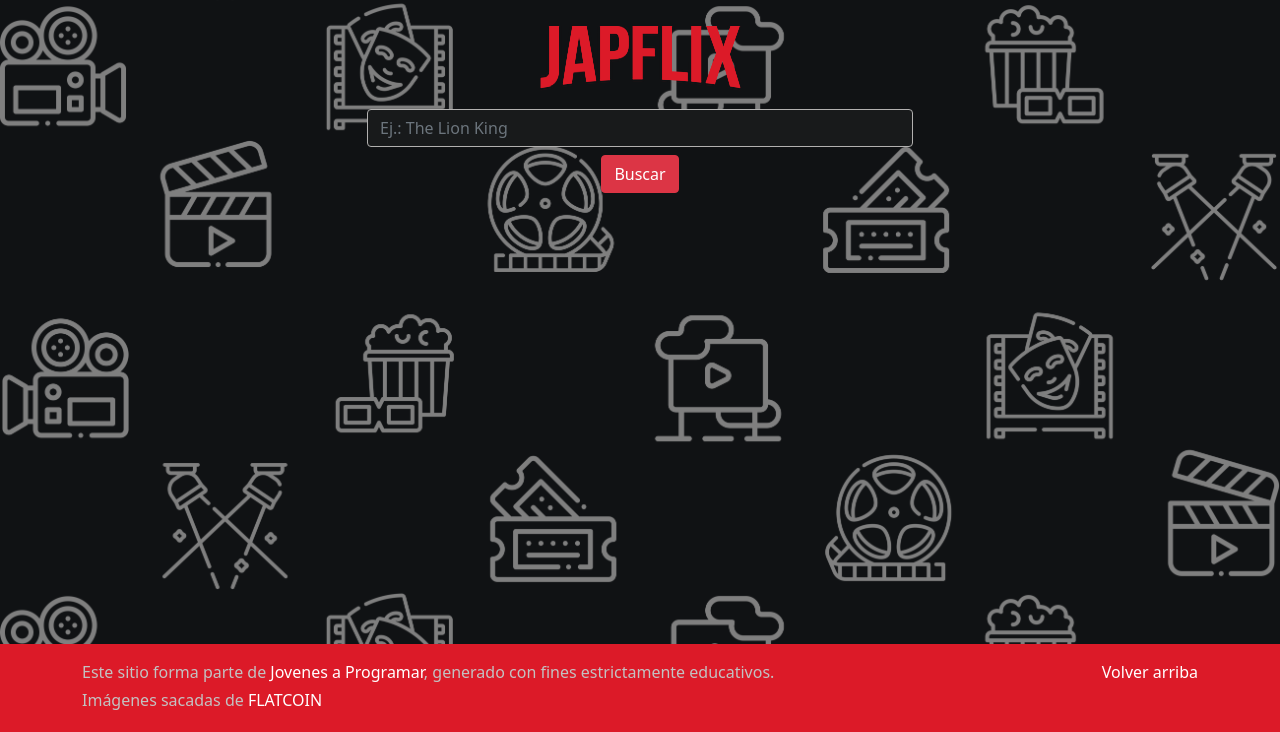
Repository: romancegirl/japflix
Page: index.html
The author's editor kept a copy of each file at every save. The page is drawn from the files as they stood at one save, then again after the next save.
The browser window is 1280 px wide. The pictures show the whole page.
The page's requests for data from a server got no answer.

Above is the page before, as saved 2024-11-18 19:07:37.

### index.html
<!doctype html>
<html lang="es">

<head>
  <meta charset="utf-8">
  <meta name="viewport" content="width=device-width, initial-scale=1">
  <title>Japflix</title>

  <link href="css/bootstrap.min.css" rel="stylesheet">
  <link rel="stylesheet" href="https://cdnjs.cloudflare.com/ajax/libs/font-awesome/4.7.0/css/font-awesome.min.css">
  <link rel="stylesheet" href="css/style.css">

</head>

<body class="bg-dark d-flex flex-column min-vh-100">

  <main class="flex-grow-1">
    <div class="text-center container">
      <div class="row py-lg-3">
        <div class="col-lg-6 col-md-8 mx-auto">
          <h1 class="fw-light"><img src="img/japflix.png" alt="japflix"></h1>
          <input type="search" class="form-control" name="buscar" id="inputBuscar" placeholder="Ej.: The Lion King">
          <button class="btn btn-danger m-2" id="btnBuscar">Buscar</button>
        </div>
      </div>
    </div>
    <div class="album">
      <ul class="list-group container" id="lista">
      </ul>
    </div>
  </main>

  <footer class="text-muted py-3">
    <div class="container">
      <p class="float-end mb-1">
        <a href="#">Volver arriba</a>
      </p>
      <p class="mb-1">Este sitio forma parte de <a href="https://jovenesaprogramar.edu.uy/" target="_blank">
        Jovenes a Programar</a>, generado con fines estrictamente educativos.</p>
        <p class="mb-1">Imágenes sacadas de <a href="https://www.flaticon.com/free-icon/" target="_blank">FLATCOIN</a></p>
    </div>
  </footer>

  <div class="offcanvas offcanvas-top text-bg-dark" id="movieDetails" tabindex="-1" aria-labelledby="movieDetailsLabel">
    <div class="offcanvas-header bg-dark text-bg-dark">
      <h4 id="movieTitle"></h4>
      <button type="button" class="btn-close btn-close-white" data-bs-dismiss="offcanvas" aria-label="Close"></button>
    </div>
    <div class="offcanvas-body bg-dark text-bg-dark">
      <p id="movieOverview"></p>
      <p><strong>Géneros:</strong> <span id="movieGenres"></span></p>
      <button class="btn btn-danger dropdown-toggle" data-bs-toggle="dropdown" aria-expanded="false" id="btnInfo">Más información</button>
      <ul class="dropdown-menu bg-dark text-bg-dark">
        <li><strong>Año de lanzamiento:</strong> <span id="movieYear"></span></li>
        <hr>
        <li><strong>Duración:</strong> <span id="movieDuration"></span> min</li>
        <hr>
        <li><strong>Presupuesto:</strong> $<span id="movieBudget"></span></li>
        <hr>
        <li><strong>Ganancias:</strong> $<span id="movieRevenue"></span></li>
      </ul>
    </div>
  </div>

  <script src="js/bootstrap.bundle.min.js"></script>
  <script src="js/script.js"></script>
</body>


</html>

### css/style.css
body {
    background-color: #1C1E1F;
    color: #B2B1B0;
    background:
        linear-gradient(rgba(0, 0, 0, 0.5), rgba(0, 0, 0, 0.5)),
        url('../img/background.png');
    background-size: 80rem;
    background-position: top 0.2rem center;
    background-repeat: repeat;
}

input[type="search"] {
    background-color: #181A1B;
    border: 1px solid #B2B1B0;
    color: #B2B1B0;
}

input[type="search"]:focus {
    box-shadow: 0 0 10px #96242F;
    background-color: #181A1B;
    border: 1px solid #96242F;
    color: #B2B1B0;
}

.offcanvas-body {
    background-color: #1C1E1F;
    color: #B2B1B0;
}

.img-card-fit {
    object-fit: cover;
    width: 100%;
    height: auto;
}

.img-cont {
    height: 200px;
    overflow: hidden;
    background-color: beige;
}

.card-content {
    height: 150px;
    overflow: auto;
}

main {
    min-height: calc(100vh - 100px);
}

.checked {
    color: orange;
}

.offcanvas-top {
    height: fit-content;
}

.list-group-item .d-flex {
    gap: 10px;
}

@media (max-width: 768px) {
    .list-group-item .d-flex {
        flex-direction: column;
        align-items: flex-start;
    }

    .list-group-item .d-flex p,
    .list-group-item .d-flex div {
        align-self: flex-start;
        width: 100%;
        margin: 0;
    }

    .list-group-item .d-flex div {
        margin-top: 8px;
    }
}

#movieGenres {
    font-style: italic;
}

.dropdown-menu {
    padding: 1rem 2rem;
    color: #B2B1B0;

}

footer {
    background-color: #DC1A28;
    bottom: 0;
    width: 100%;
    margin-top: 1.5rem;
}

footer p {
    color: #c3c2c2
}

footer a {
    color: #ffffff;
    text-decoration: none;
}

footer a:hover {
    color: #9b9a9b;
    transform: scale(1.05);
    transition: color 0.3s, text-shadow 0.3s;
}


.no-results-message {
    border: 5px dashed red;
    padding: 20px;
    margin: 2rem auto;
    width: fit-content;
    display: flex;
    justify-content: center;
    align-items: center;
}

.double {
    border: 10px double #d71a2d;
}

#movieTitle {
    border: 10px double #d71a2d;
    padding: 10px;
    margin-bottom: 0;
}


#lista>.list-group-item.double:hover {
    background-color: #393939 !important;
    /* Un color más claro */
    transition: background-color 0.5s ease, box-shadow 0.5s ease;
    box-shadow: 0 4px 8px rgba(0, 0, 0, 0.3);
    /* Sombra */
    cursor: pointer;
}

### js/script.js
document.addEventListener("DOMContentLoaded", () => {
    fetchMovies();
});

let moviesData = [];

async function fetchMovies() {
    try {
        const response = await fetch("https://japceibal.github.io/japflix_api/movies-data.json");
        moviesData = await response.json();
    } catch (error) {
        console.error("Error al obtener datos de la API:", error);
    }
}


document.getElementById("btnBuscar").addEventListener("click", () => searchMovies());

document.getElementById("inputBuscar").addEventListener("keydown", (event) => {
    if (event.key === "Enter") {
        event.preventDefault();
        searchMovies();
    }
});


function searchMovies() {
    const searchTerm = document.getElementById("inputBuscar").value.toLowerCase();
    if (searchTerm) {
        const results = moviesData.filter(movie =>
            movie.title.toLowerCase().includes(searchTerm) ||
            movie.genres.some(genre => genre.name.toLowerCase().includes(searchTerm)) ||
            (movie.tagline && movie.tagline.toLowerCase().includes(searchTerm)) ||
            (movie.overview && movie.overview.toLowerCase().includes(searchTerm))
        );
        displayMovies(results);
    }
}


function displayMovies(movies) {
    const lista = document.getElementById("lista");
    lista.innerHTML = "";

    if (movies.length === 0) {
        const noResultsMessage = document.createElement("li");
        noResultsMessage.className = "list-group-item bg-dark text-white text-center no-results-message";
        noResultsMessage.innerHTML = `
            <h3><strong>¡Ups! No hemos encontrado ninguna película. ¡Vuelve a intentarlo!</strong></h3>
        `;
        lista.appendChild(noResultsMessage);
    } else {
        movies.forEach(movie => {
            const listItem = document.createElement("li");
            listItem.className = "list-group-item bg-dark text-white double";
            listItem.innerHTML = `
                <h5>${movie.title}</h5>
                <div class="d-flex justify-content-between align-items-center">
                    <p><i>${movie.tagline}</i></p>
                    <div>${renderStars(movie.vote_average)}</div>
                </div>
            `;
            listItem.addEventListener("click", () => showMovieDetails(movie));
            lista.appendChild(listItem);
        });
    }
}



function renderStars(vote) {
    let stars = "";
    for (let i = 1; i <= 5; i++) {
        stars += `<span class="fa fa-star ${i <= vote / 2 ? "checked" : ""}"></span>`;
    }
    return stars;
}


function showMovieDetails(movie) {
    document.getElementById("movieTitle").textContent = movie.title;
    document.getElementById("movieOverview").textContent = movie.overview;
    document.getElementById("movieGenres").textContent = movie.genres.map(genre => genre.name).join(", ");
    document.getElementById("movieYear").textContent = new Date(movie.release_date).getFullYear();
    document.getElementById("movieDuration").textContent = movie.runtime;
    document.getElementById("movieBudget").textContent = movie.budget.toLocaleString();
    document.getElementById("movieRevenue").textContent = movie.revenue.toLocaleString();

    const offcanvas = new bootstrap.Offcanvas(document.getElementById("movieDetails"));
    offcanvas.show();
}

Loaded but not shown: css/bootstrap.min.css (library); js/bootstrap.bundle.min.js (library)

After the next save:
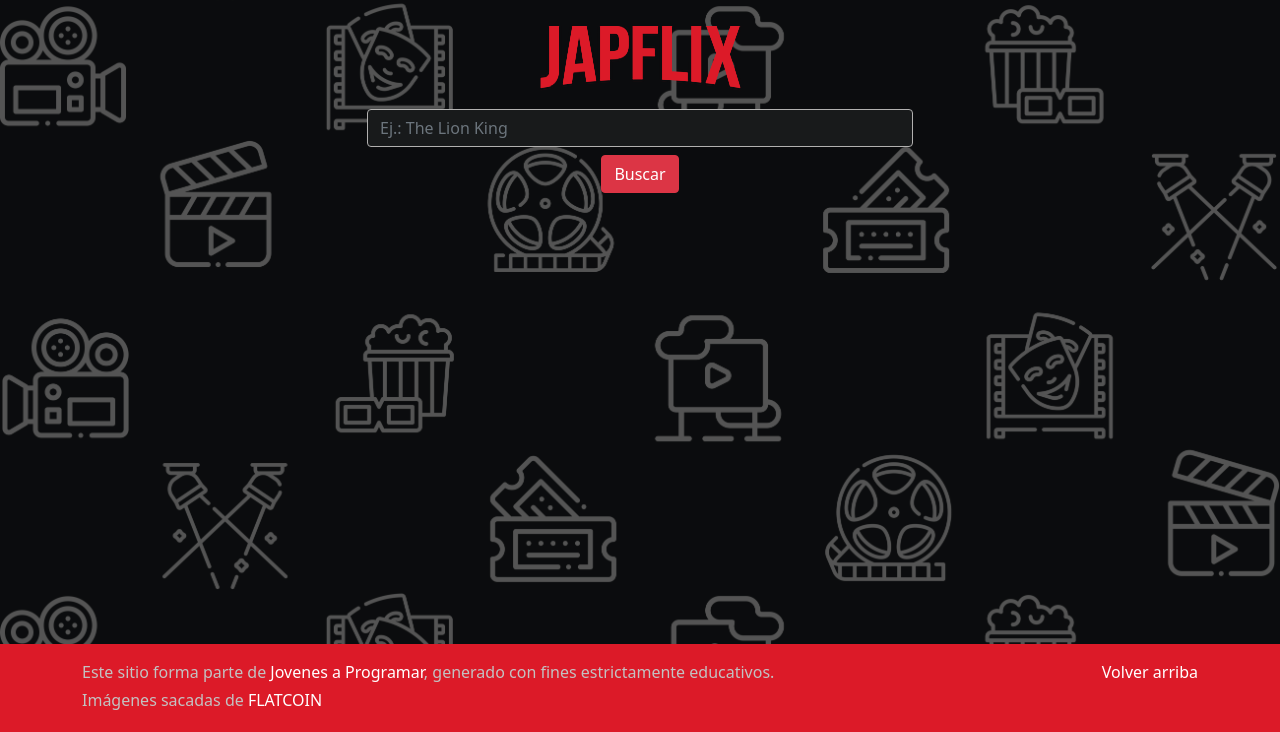
Saved 59 s later.
--- a/css/style.css
+++ b/css/style.css
@@ -2,7 +2,7 @@
     background-color: #1C1E1F;
     color: #B2B1B0;
     background:
-        linear-gradient(rgba(0, 0, 0, 0.5), rgba(0, 0, 0, 0.5)),
+        linear-gradient(rgba(0, 0, 0, 0.671), rgba(0, 0, 0, 0.671)),
         url('../img/background.png');
     background-size: 80rem;
     background-position: top 0.2rem center;
